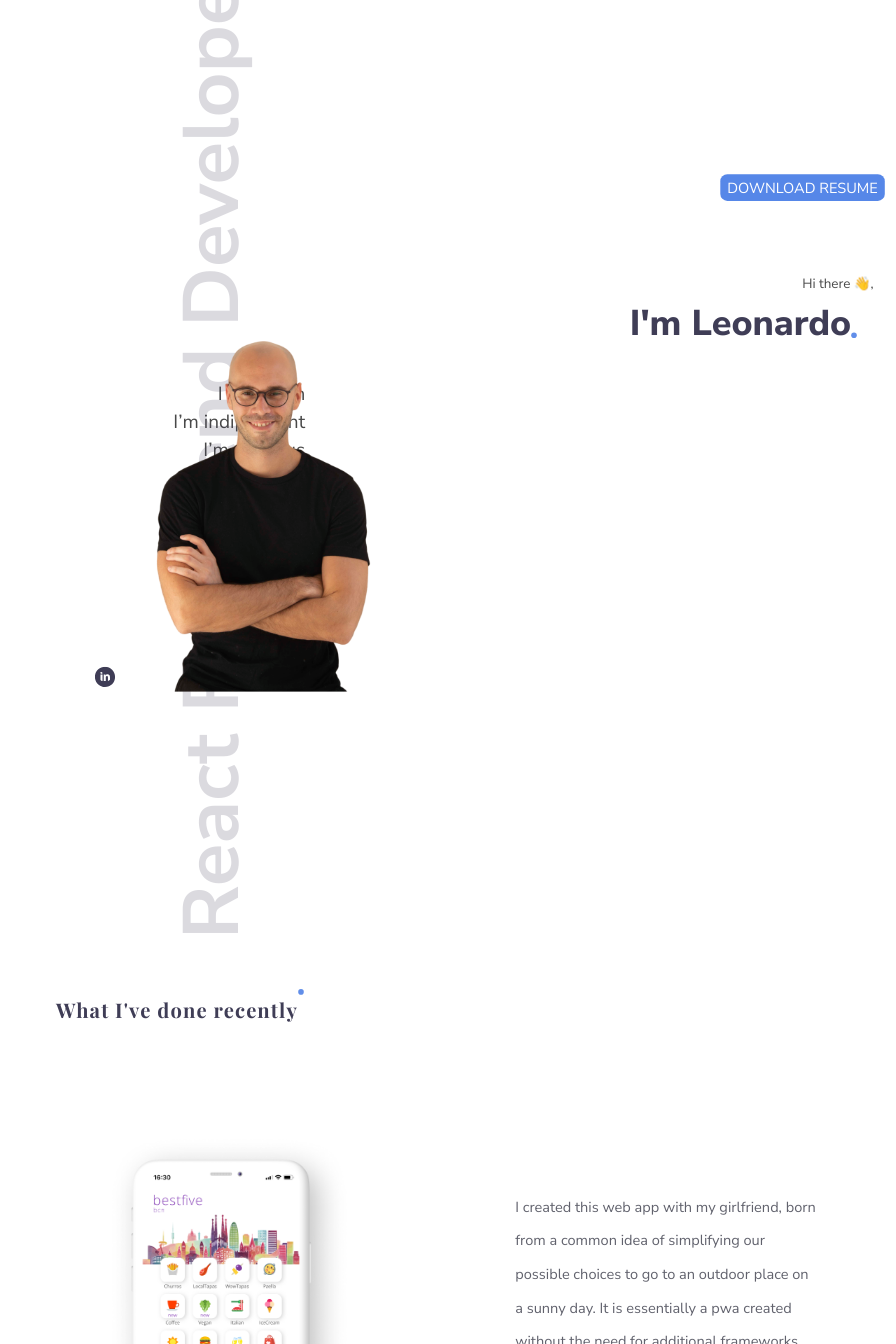
Repository: Easaaa/Portfolio-2020
Page: index.html
An editor plug-in stored every save of this project. The page is shown before and after the next save, followed by the edit.
The browser window is 1280 px wide. The pictures show the part of the page from y = 0 to 1920 px (the page is 7251 px tall), at 70% of full size.
The style sheet was rebuilt from its Sass, Less or Tailwind sources for each picture, by a compiler version that may differ from the author's.

Above is the page before, as saved 2020-02-28 13:58:18.

### index.html
<!DOCTYPE html>
<html lang="en">
  <head>
    <meta charset="UTF-8" />
    <meta name="viewport" content="width=device-width, initial-scale=1.0" />
    <meta http-equiv="X-UA-Compatible" content="ie=edge" />
    <link rel="stylesheet" href="/stylesheets/css/main.css" />
    <title>leonardotononi.com</title>
  </head>
  <body>
    <!--  <nav>
      <ul>
        <li>
          <img src="/assets/hamb.svg" alt="hamburger icon" class="hamb-img" />
        </li>
        <li class="hidden">Works</li>
        <li class="hidden">Contact</li>
      </ul>
    </nav> -->
    <header>
      <div class="actions">
        <div class="socials">
          <a target="_blank" href="https://www.linkedin.com/in/leonardo-tononi/"
            ><img src="/assets/linkedin-with-circle.svg" alt="linkedin icon"
          /></a>
          <a target="_blank" href="https://github.com/Easaaa"
            ><img src="/assets/github-filled.svg" alt="github icon"
          /></a>
        </div>
        <div class="resume-btn">
          <a href="#">Download Resume</a>
        </div>
      </div>

      <div class="content-header">
        <div class="text-header-col">
          <!-- <h4>Full Stack Developer</h4> -->
          <p class="sub-title">Hi there 👋,</p>
          <h1>
            I'm Leonardo
          </h1>
          <p class="about-title">
            I like learn <br />
            I’m indipendent <br />
            I’m courious
          </p>
          <h4>React Front-end Developer</h4>
          <!-- <div class="socials-header">
            <a
              target="_blank"
              href="https://www.linkedin.com/in/leonardo-tononi/"
              ><img src="/assets/linkedin-with-circle.svg" alt="linkedin icon"
            /></a>
            <a target="_blank" href="https://github.com/Easaaa"
              ><img src="/assets/github-filled.svg" alt="github icon"
            /></a>
          </div> -->
        </div>
        <img
          src="/assets/leo-black.png"
          class="image-me-desktop"
          alt="leonardo photo"
        />
      </div>
    </header>
    <section class="works-section">
      <h2>
        What I've done recently
      </h2>
      <div class="work">
        <img src="/assets/bestfive.png" alt="iphone mockup" class="iphone" />
        <div class="work-details">
          <p>
            I created this web app with my girlfriend, born from a common idea
            of ​​simplifying our possible choices to go to an outdoor place on a
            sunny day. It is essentially a pwa created without the need for
            additional frameworks.
          </p>
          <ul class="lan-tag">
            <li># JavaScript</li>
            <li># PWA</li>
            <li># Google Analytics</li>
            <li># SEO</li>
            <li style="width: 11rem;"># Google Maps API</li>
          </ul>
          <div class="project-links">
            <a target="_blank" href="https://github.com/Easaaa/Bestfive-bcn"
              ><img src="/assets/github.svg" alt="git hub icon"
            /></a>
            <a target="_blank" href="https://bestfivebcn.com"
              ><img src="/assets/web.png" alt="world icon"
            /></a>
          </div>
        </div>
      </div>
      <div class="work odds">
        <img
          src="/assets/toureo-admin.png"
          alt="laptop mockup"
          class="desktop"
        />
        <div class="work-details">
          <p>
            After creating the first application and having hard coded the data,
            clearly not the smartest thing, I thought of creating an
            administration page from where I can create and manage the data from
            the database and then pull it from the mobile web app.
            <em
              >If you want have a look, write me an email, because you need the
              access.</em
            >
          </p>
          <ul class="lan-tag">
            <li># React.js</li>
            <li style="width: 10rem;"># Firebase Auth</li>
            <li># Firestore</li>
          </ul>
          <div class="project-links">
            <a
              target="_blank"
              href="https://github.com/Easaaa/admin-app-bestfive"
              ><img src="/assets/github.svg" alt="git hub icon"
            /></a>
            <a target="_blank" href="https://bestfivebcn.netlify.com/"
              ><img src="/assets/web.png" alt="world icon"
            /></a>
          </div>
        </div>
      </div>
      <div class="work">
        <img
          src="/assets/hotel-vittoria.png"
          alt="laptop mockup"
          class="desktop"
        />
        <div class="work-details">
          <p>
            This project with a italian hotel was my first approach to
            programming. In 2018 I made a web site with multilingual support
            with plain Html, css and JavaScript. On this
            <a target="_blank" href="https://vittoriahotel.eu">link</a> you can
            see the previous web and below you can see the new web app that is
            nearly ready to be deployed and so how my skills and tastes have
            evolved.
          </p>
          <ul class="lan-tag">
            <li># Gatsby.js</li>
            <li># Mobile View</li>
            <li># Booking.com API</li>
          </ul>
          <div class="project-links">
            <a
              target="_blank"
              href="https://github.com/Easaaa/hotel-vittoria-2020"
              ><img src="/assets/github.svg" alt="git hub icon"
            /></a>
            <a target="_blank" href="https://hotelvittoria.netlify.com/"
              ><img src="/assets/web.png" alt="world icon"
            /></a>
          </div>
        </div>
      </div>
      <div class="work odds">
        <img
          src="/assets/books-manager.png"
          alt="laptop mockup"
          class="desktop"
        />
        <div class="work-details">
          <p>
            This is a simple project made with react redux to test my
            understanding and the power of this stack.
          </p>
          <ul class="lan-tag">
            <li># React.js</li>
            <li># Redux</li>
            <li># Firebase Auth</li>
            <li># Google Books APIs</li>
          </ul>
          <div class="project-links">
            <a target="_blank" href="https://github.com/Easaaa/Book-manager"
              ><img src="/assets/github.svg" alt="git hub icon"
            /></a>
            <a target="_blank" href="https://books-manager.netlify.com/"
              ><img src="/assets/web.png" alt="world icon"
            /></a>
          </div>
        </div>
      </div>
      <h2>
        What I'm currently working on
      </h2>
      <div class="work">
        <img
          src="/assets/toureo-proto.png"
          alt="iphone mockup"
          class="iphone"
        />
        <div class="work-details">
          <p>
            I am recreating the first application (bestfive). The aim is to
            create the application with React Native, building more complex
            features, such as a more functional map, with filters and better
            interactions.
          </p>
          <ul class="lan-tag">
            <li># ReactNative</li>
            <li># Firebase</li>
          </ul>
          <div class="project-links"></div>
        </div>
      </div>
    </section>
    <section class="skill-section">
      <h2>
        Skills
      </h2>
      <ul class="skills">
        <li><img src="/assets/icon-skills/javascript.svg" alt="" /></li>
        <li><img src="/assets/icon-skills/react.svg" alt="" /></li>
        <li><img src="/assets/icon-skills/redux.svg" alt="" /></li>
        <li><img src="/assets/icon-skills/gatsby.svg" alt="" /></li>
        <li><img src="/assets/icon-skills/firebase.svg" alt="" /></li>
        <li><img src="/assets/icon-skills/sass.svg" alt="" /></li>
        <li><img src="/assets/icon-skills/html-5.svg" alt="" /></li>
        <li><img src="/assets/icon-skills/css-3.svg" alt="" /></li>
        <li><img src="/assets/icon-skills/logo-pwa.svg" alt="" /></li>
        <li><img src="/assets/icon-skills/figma.svg" alt="" /></li>
      </ul>
    </section>
    <footer>
      <h2>How to contact me</h2>
      <p>
        I am available for freelancer jobs and to work in your company. If you
        think I would be a good fit for you, send me an email.
      </p>
      <a href="mailto:leonardotononi@gmail.com" target="_top">
        <h5>leonardotononi@gmail.com</h5></a
      >
      <a href="/CV ENG - 02:2020.pdf" download>Download resume</a>
      <div class="social-links">
        <a target="_blank" href="https://www.linkedin.com/in/leonardo-tononi/"
          ><img src="/assets/linkedin-with-circle.svg" alt="linkedin icon"
        /></a>
        <a target="_blank" href="https://github.com/Easaaa"
          ><img src="/assets/github-filled.svg" alt="github icon"
        /></a>
      </div>
    </footer>
  </body>
</html>

### stylesheets/scss/main.scss
@import url("https://fonts.googleapis.com/css?family=Nunito+Sans:400,600,700,800&display=swap");
@import url("https://fonts.googleapis.com/css?family=Playfair+Display:500,700&display=swap");

* {
  padding: 0;
  margin: 0;
  box-sizing: border-box;
}

html {
  height: 100%;
  font-family: "Nunito Sans", sans-serif;
  -ms-text-size-adjust: 100%;
  -webkit-text-size-adjust: 100%;
}

body {
  width: 100%;
  height: 100%;
  -webkit-font-smoothing: antialiased;
  -moz-osx-font-smoothing: grayscale;
  font-size: 16px;
  display: block;
  min-width: 100%;
  margin-right: auto;
  margin-left: auto;
  float: right;
  clear: none;
  color: #1e1e1e;
  font-style: normal;
}

// GENERAL STYLE

ul li {
  list-style: none;
}

h2 {
  font-size: 1.8rem;
  color: #3f3d56;
  font-weight: 900;
  position: relative;
  font-family: "Playfair Display", serif;
  letter-spacing: 1.6px;

  &:after {
    content: "";
    width: 5px;
    height: 5px;
    background-color: #618ee9;
    border-radius: 50%;
    bottom: 0;
    position: absolute;
  }
}

a {
  cursor: pointer;
}

// NAV

nav {
  position: absolute;
  right: 0;
  font-size: 1.2rem;

  .hamb-img {
    cursor: pointer;
  }

  ul {
    text-align: end;

    li {
      margin: 10px;
      text-transform: uppercase;
    }

    .hidden {
      display: none;
    }
  }
}

// HEADER

header {
  width: 100%;
  padding: 1rem 0 4rem 0;

  .actions {
    padding: 0 1rem;
    width: 100%;
    display: flex;
    justify-content: space-between;

    img {
      margin: 0 5px;
      width: 30px;
    }

    .resume-btn {
      padding-top: 4px;

      a {
        background-color: #5687E8;
        padding: 5px 10px;
        border-radius: 10px;
        color: #fff;
        text-decoration: none;
        text-transform: uppercase;
      }
    }
  }

  .content-header {
    /* background-color: #d7dce44a; */
    padding: 3rem 0;
    border-radius: 5px;

    .sub-title {
      font-size: 1.2rem;
      padding: 0 2rem;
    }

  }

  h1 {
    color: #3f3d56;
    font-size: 2.5rem;
    text-align: end;
    font-weight: 900;
    padding: 0 2rem;
    position: relative;

    &:after {
      content: "";
      width: 5px;
      height: 5px;
      background-color: #618ee9;
      border-radius: 50%;
      bottom: 0.7rem;
      position: absolute;
    }
  }

  h4 {
    color: #3f3d56a1;
    padding: 1rem 2rem;
    font-size: 1.7rem;
    text-align: end;
    color: #618EE9;
  }

  p {
    color: #484848;
    text-align: end;
    font-weight: 400;
    font-size: 1.7rem;
    padding: 1rem 2rem;
    line-height: 2.5rem;
    margin: 0;
  }

  .socials-header {
    padding: 3rem 1rem 0rem 1rem;

    a img {
      width: 30px;
    }
  }



  .image-me-desktop,
  .image-me-mobile {
    max-width: 80%;
    margin: 0 auto -6px 20px;
    mix-blend-mode: normal;
  }

  .image-me-desktop {
    display: none;
  }
}

// WORKS

.works-section {
  max-width: 1400px;
  margin: 0 auto;
  padding: 1rem 2rem;

  img {
    width: 100%;
    margin: 0 auto;
    max-width: 450px;
    display: block;
    object-fit: cover;
    transition: transform 150ms ease-in;

    &:hover {
      transform: scale(1.05);
    }
  }

  .work {
    padding: 5rem 0;

    em {
      font-weight: 100;
    }

    .project-links {
      padding: 1rem 0;
      display: inline-flex;

      a {
        padding: 1rem;
        color: #fff;
        background-color: #618ee924;
        margin: 0 10px;
        border-radius: 50%;
      }

      img {
        width: 30px;
      }
    }
  }

  .iphone {
    width: 70%;
  }

  .desktop {
    max-width: 700px;
  }

  p {
    color: #61626d;
    padding: 1.3rem 0;
    line-height: 35px;
    font-size: 1.3rem;

    a {
      color: #5687e8;
    }
  }

  .lan-tag {
    padding: 1rem 0;
    display: flex;
    flex-wrap: wrap;
    justify-content: flex-start;

    li {
      padding: 0.5rem;
      font-size: 1.3rem;
      text-align: center;
      border-radius: 40px;
    }

    .js {
      background-color: #f7df1e;
    }

    .react {
      background-color: #00d8ff;
    }

    .firebase {
      background-color: #fcca3f;
    }

    .redux {
      background-color: #764abc;
    }

    .pwa {
      background-color: #a34a4a;
      color: #fff;
    }
  }
}

// SKILLS

.skill-section {
  padding: 5rem 2rem;

  h2 {
    margin-bottom: 2rem;
  }

  .skills {
    display: flex;
    flex-wrap: wrap;
    justify-content: space-evenly;

    li {
      width: 100px;
      text-align: center;
      padding: 1rem;

      img {
        width: 40px;
      }
    }
  }
}

// FOOTER

footer {
  padding: 2rem;

  h2 {
    margin-bottom: 2rem;
  }

  p {
    color: #61626d;
    text-align: start;
    font-weight: 400;
    line-height: 2.5rem;
    padding-bottom: 2rem;
    font-size: 1.3rem;
  }

  h5 {
    font-size: 1.2rem;
    font-weight: 400;
    color: #5687e8;
    padding-bottom: 2rem;
  }

  a {
    color: #5687e8;
  }

  .social-links {
    padding: 2rem 0;
    width: 100%;
    text-align: end;

    img {
      width: 30px;
      margin: 0 10px;
      color: #3f3d56;
    }

    a {
      text-decoration: none;
      color: #3f3d56;
    }
  }
}

@media only screen and (min-width: 700px) {
  body {
    font-size: 1.3rem;
  }

  header {

    h4,
    p,
    h1 {
      padding-right: 4rem;
    }

    h4 {
      font-size: 3rem;
    }

    .about-title {
      max-width: 500px;
    }
  }

  .works-section {
    padding: 5rem;

    .odds:last-of-type {
      padding: 3rem 0;
    }

    .work {
      padding: 10rem 0;

      p {
        padding: 2rem;
        line-height: 3rem;
      }

      .lan-tag {
        li {
          font-size: 1.1rem;
        }
      }
    }

    .desktop {
      padding-bottom: 4rem;
    }
  }

  .skill-section {
    padding: 5rem;

    .skills li img {
      width: 50px;
    }
  }

  footer {
    padding: 12rem 5rem;
  }
}

@media only screen and (min-width: 1000px) {
  h2 {
    &:after {
      bottom: 2.5rem;
      width: 8px;
      height: 8px;
    }
  }

  nav {
    position: initial;
    font-size: 1.2rem;
    width: 100%;
    text-align: center;

    .hamb-img {
      display: none;
    }

    ul {
      text-align: center;

      li {
        margin: 10px 30px;
        cursor: pointer;
        color: #3f3d56;
        font-weight: bold;
      }

      .hidden {
        display: inline-block;
      }
    }
  }

  .image-me-mobile {
    display: none;
  }

  header {
    margin: 12em 0;
    padding: 0;
    position: relative;

    img {
      margin: 0;
      position: absolute;
      bottom: 0;
      left: 130px;
    }

    h4 {
      font-size: 7rem;
      position: absolute;
      transform: rotate(-90deg);
      left: -450px;
      top: 38%;
      color: #3f3d5630;
    }

    .content-header {
      padding: 0;
      height: 700px;
      max-width: 1300px;
      margin: 0 0 0 auto;
    }

    .image-me-desktop {
      display: inline-block;
    }

    .text-header-col {
      padding: 5em 0;

      .socials-header {
        display: none;
      }

      h1 {
        padding: 0 4rem 2rem 0;
        font-size: 3.2rem;

        &:after {
          bottom: 2.8rem;
          width: 8px;
          height: 8px;
        }
      }
    }
  }

  .works-section {
    padding: 12rem 5rem;

    .work {
      display: grid;
      grid-template-columns: 1fr 1fr;
      grid-gap: 8rem;
      place-content: center;
      place-items: center;

      .lan-tag {
        justify-content: flex-start;
      }
    }

    .odds {
      img {
        order: 2;
      }

      p {
        text-align: end;
      }

      .lan-tag {
        justify-content: flex-end;
      }

      .project-links {
        justify-content: flex-end;
        width: 100%;
      }
    }
  }

  .skill-section {
    max-width: 1200px;
    background-color: #d7dce44a;
  }

  footer {
    max-width: 1100px;
    margin: 0 auto 0 0;
  }
}

@media only screen and (min-width: 1500px) {
  header img {
    left: initial;
  }
}

@media only screen and (min-width: 2000px) {
  header {
    max-width: 2000px;
    margin: 12em auto 0 auto;

    img {
      left: 25rem;
    }
  }
}

After the next save:
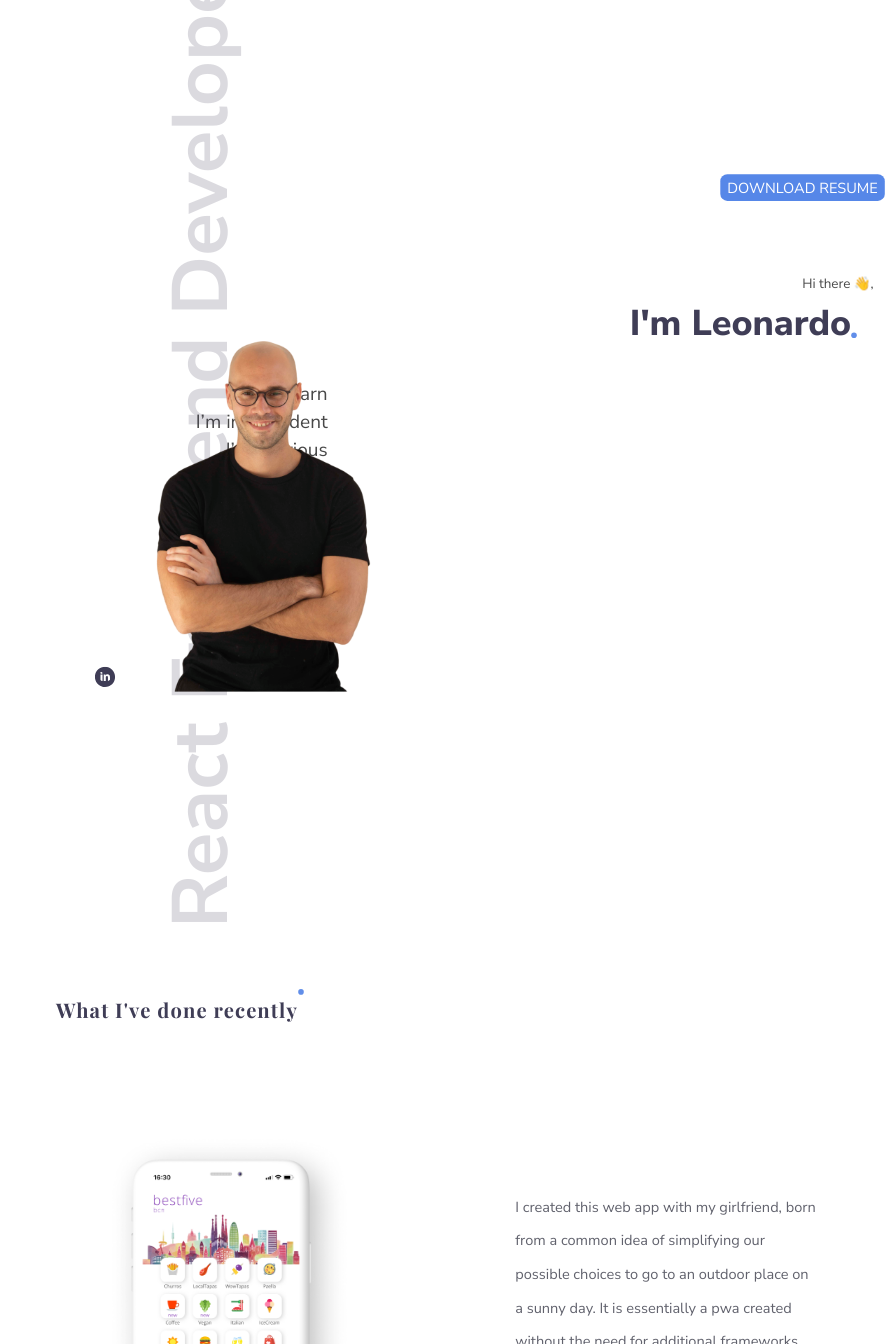
Saved 8 s later.
--- a/stylesheets/scss/main.scss
+++ b/stylesheets/scss/main.scss
@@ -366,11 +366,7 @@
 
   header {
 
-    h4,
-    p,
-    h1 {
-      padding-right: 4rem;
-    }
+
 
     h4 {
       font-size: 3rem;
